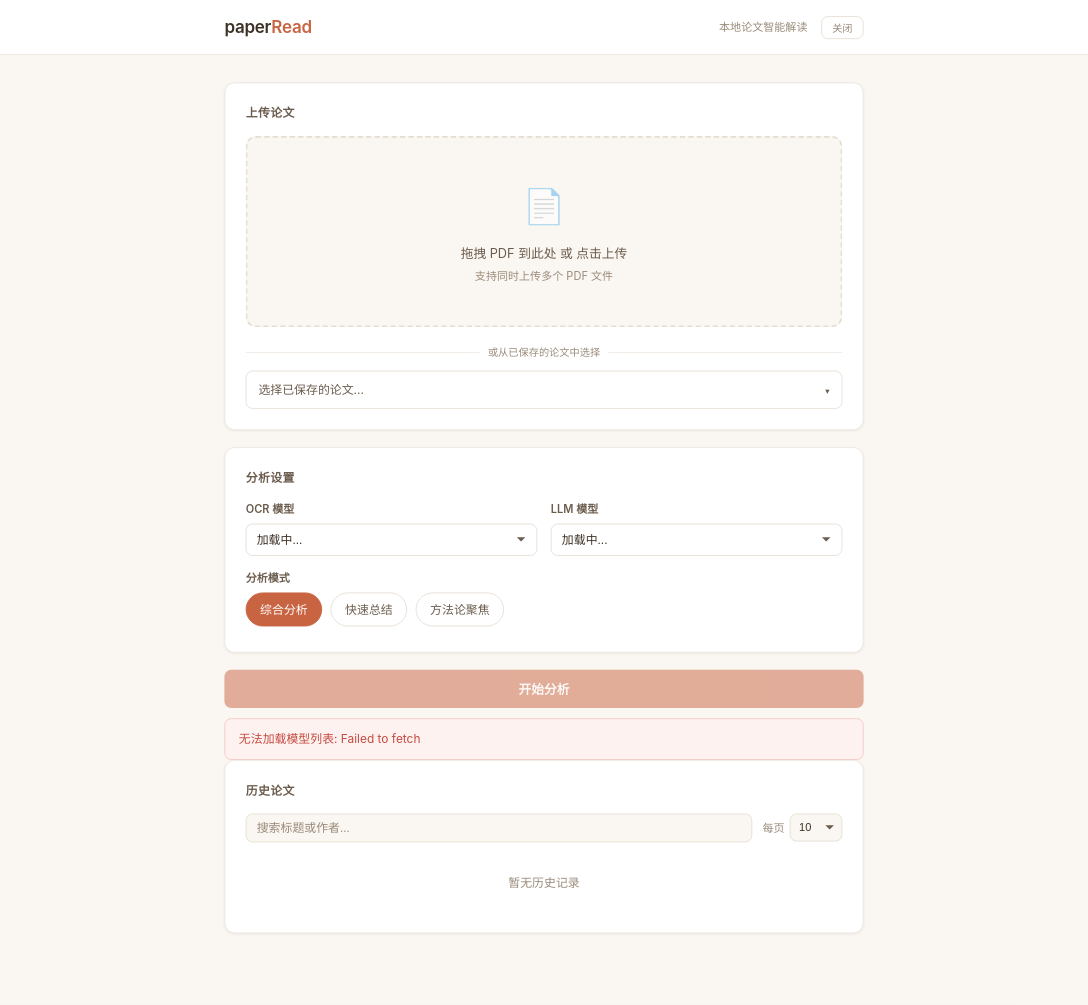
Repository: Skywarder0409/paperRead
Page: src/web/static/index.html
An editor plug-in stored every save of this project. The page is shown before and after the next save, followed by the edit.
The browser window is 1280 px wide. The pictures show the whole page, at 85% of full size.
The page's requests for data from a server got no answer.

Above is the page before, as saved 2026-02-06 16:14:28.

After the next save:
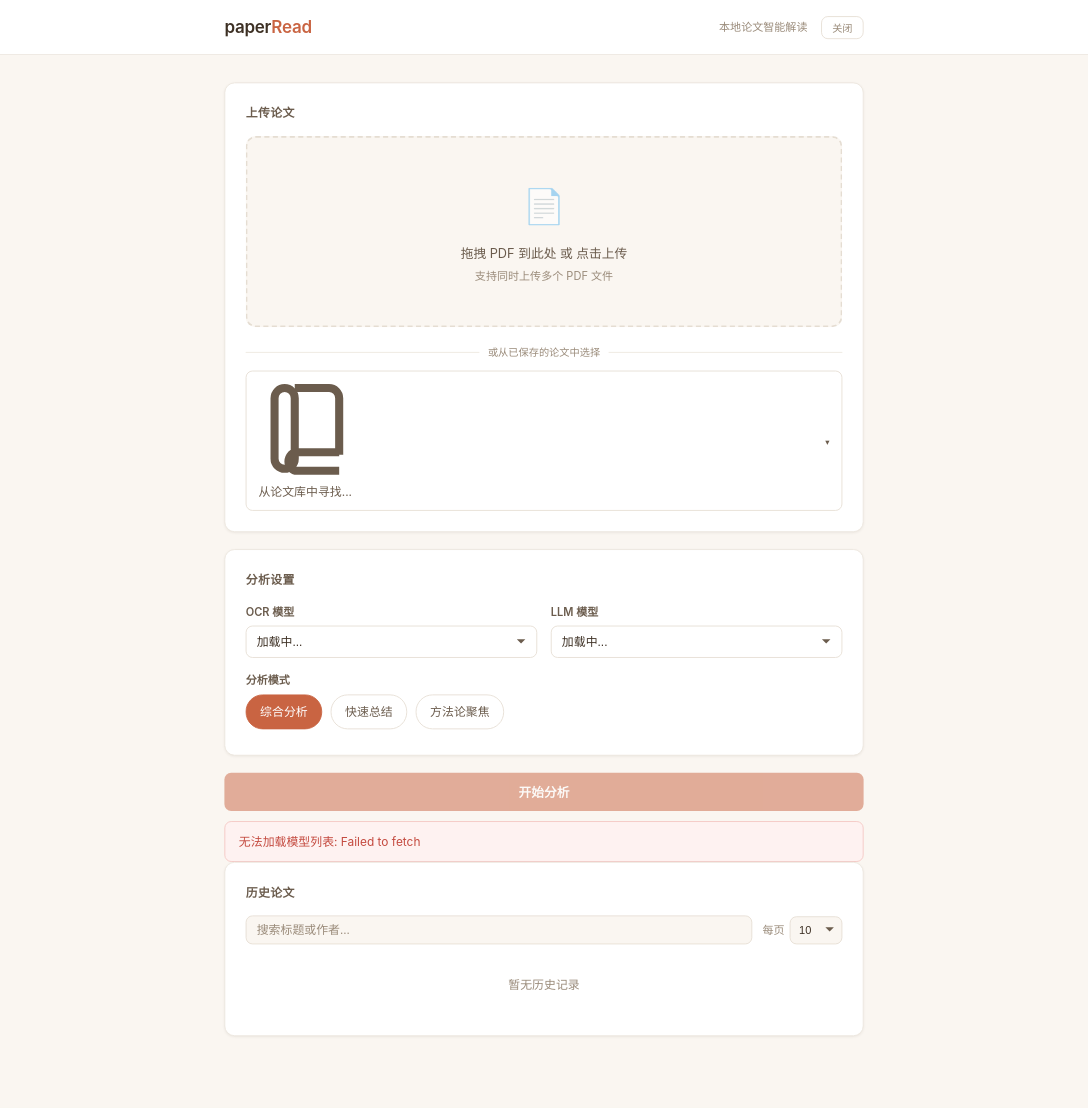
Saved 2 min 41 s later.
--- a/src/web/static/index.html
+++ b/src/web/static/index.html
@@ -34,17 +34,37 @@
             <div class="file-list" id="fileList"></div>
 
             <div class="papers-divider">或从已保存的论文中选择</div>
+
+            <!-- 已选论文卡槽 -->
+            <div class="selected-chips" id="selectedChips"></div>
+
             <div class="papers-dropdown" id="papersDropdown">
                 <div class="papers-dropdown-header" id="papersDropdownHeader">
-                    <span class="papers-dropdown-placeholder">选择已保存的论文...</span>
+                    <div class="papers-dropdown-header-main">
+                        <svg class="icon" viewBox="0 0 24 24" fill="none" stroke="currentColor" stroke-width="2">
+                            <path
+                                d="M4 19.5v-15A2.5 2.5 0 0 1 6.5 2a2.5 2.5 0 0 1 2.5 2.5v15a2.5 2.5 0 0 1-2.5 2.5A2.5 2.5 0 0 1 4 19.5Z" />
+                            <path d="M20 22.5h-10.5c-.5 0-1-.2-1.4-.6a2.5 2.5 0 0 1 0-3.4c.4-.4.9-.6 1.4-.6H20" />
+                            <path d="M20 18.5v-14a2.5 2.5 0 0 0-2.5-2.5H9" />
+                        </svg>
+                        <span class="papers-dropdown-placeholder">从论文库中寻找...</span>
+                    </div>
                     <span class="papers-dropdown-arrow">&#9662;</span>
                 </div>
                 <div class="papers-dropdown-content" id="papersDropdownContent">
                     <div class="papers-dropdown-search">
-                        <input type="text" id="libSearchInput" placeholder="搜索论文...">
+                        <svg class="search-icon" viewBox="0 0 24 24" fill="none" stroke="currentColor" stroke-width="2">
+                            <circle cx="11" cy="11" r="8" />
+                            <path d="m21 21-4.3-4.3" />
+                        </svg>
+                        <input type="text" id="libSearchInput" placeholder="请输入关键词搜索论文...">
+                    </div>
+                    <div class="papers-dropdown-actions">
+                        <button type="button" id="libSelectAll" class="btn-text">全选</button>
+                        <button type="button" id="libClearAll" class="btn-text">清除</button>
                     </div>
                     <div class="papers-dropdown-list" id="papersLibrary">
-                        <div class="papers-library-status">加载中...</div>
+                        <div class="papers-library-status">正在连接论文库...</div>
                     </div>
                 </div>
             </div>
